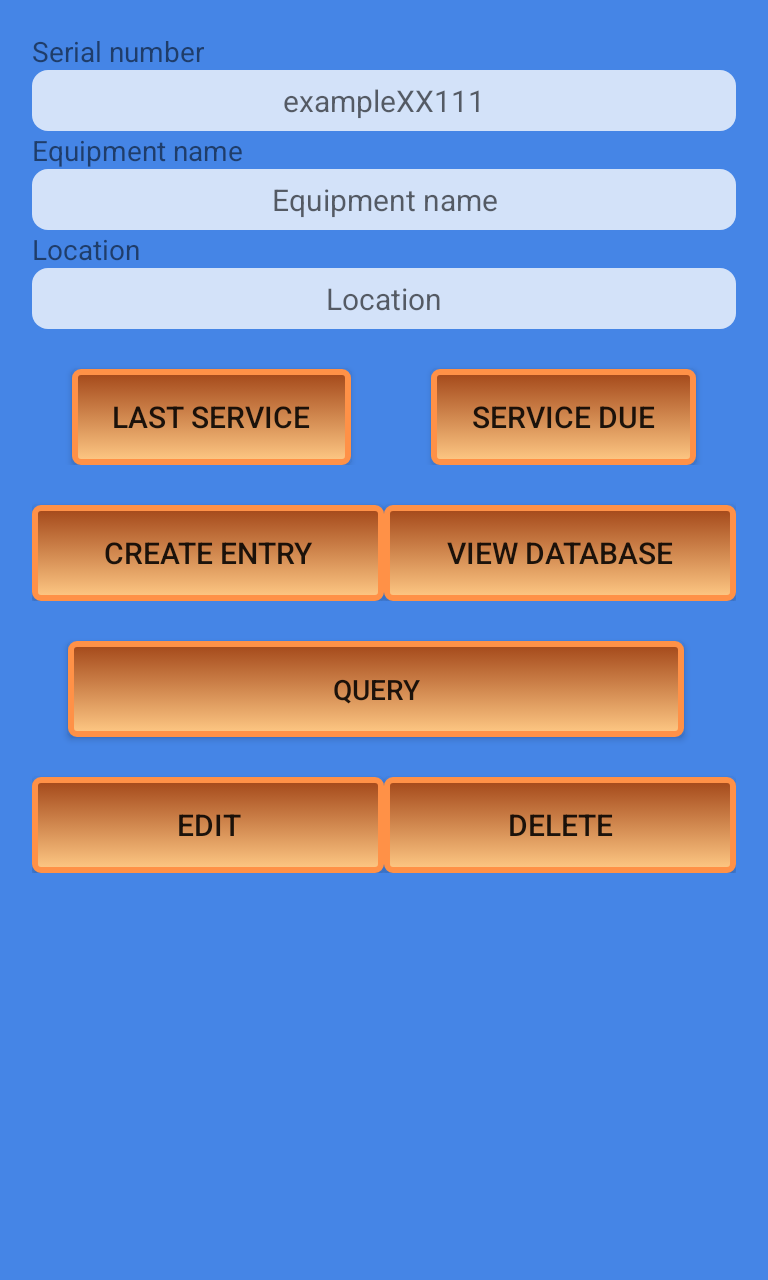
Repository: procmillie/AppKeepV9.12.14
Layout: StupidApp/res/layout/activity_database__home123.xml
The author's editor kept a copy of each file at every save. The layout is drawn from the files as they stood at one save, then again after the next save.
It is drawn on a 768 x 1280 px phone screen (xhdpi) without system bars, with theme AppTheme; the app's code is not run. The app's manifest (not shown) leaves right-to-left support off. So textAlignment, textDirection and layoutDirection are ignored, and left and right values win over start and end ones.

Above is the layout before, as saved 2014-11-25 19:24:10.

After the next save:
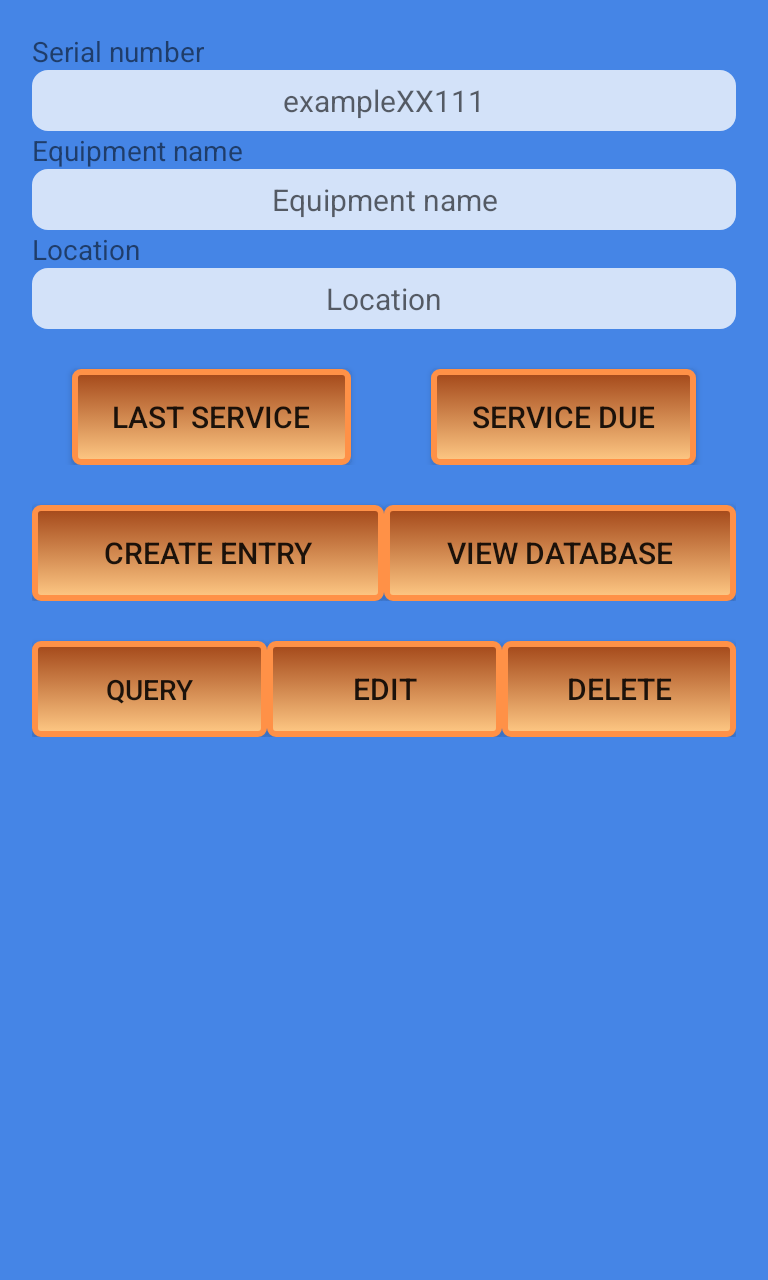
Saved 21 h 59 min later.
--- a/StupidApp/res/layout/activity_database__home123.xml
+++ b/StupidApp/res/layout/activity_database__home123.xml
@@ -157,40 +157,41 @@
 
     </LinearLayout>
 
-    <Button
+
+     <!-- Buttons to edit, query and delete database -->
+
+    <LinearLayout
+        android:layout_width="match_parent"
+        android:layout_height="wrap_content"
+        android:orientation="horizontal" >
+
+
+
+        <Button
         android:id="@+id/bn_db_set_query"
         android:layout_width="match_parent"
         android:layout_height="wrap_content"
-        android:layout_marginEnd="24dp"
-        android:layout_marginLeft="20dp"
-        android:layout_marginRight="24dp"
-        android:layout_marginStart="20dp"
+
         android:layout_marginTop="20dp"
-        android:gravity="center"
-        android:layout_gravity="center"
+        android:layout_weight="30"
+        android:gravity="center"
         android:background="@drawable/button_style"
         android:text="@string/query" />
 
 
-    <LinearLayout
-        android:layout_width="match_parent"
-        android:layout_height="wrap_content"
-        android:orientation="horizontal" >
-
         <Button
             android:id="@+id/bn_db_edit"
             android:layout_width="match_parent"
             android:layout_height="wrap_content"
             android:layout_marginTop="20dp"
-            android:layout_weight="50"
-            android:background="@drawable/button_style"
-            android:paddingLeft="4dp"
-            android:paddingRight="4dp"
+             android:layout_weight="30"
+            android:background="@drawable/button_style"
+
             android:text="@string/edit_entry"
 
             android:textSize="15sp" />
 
-        <!-- Button to view database -->
+
 
         <Button
             android:id="@+id/bn_db_delete"
@@ -202,7 +203,7 @@
             android:paddingLeft="4dp"
             android:paddingRight="4dp"
             android:text="@string/delete_entry"
-            android:layout_weight="50"
+            android:layout_weight="30"
             android:textSize="15sp" />
 
 
